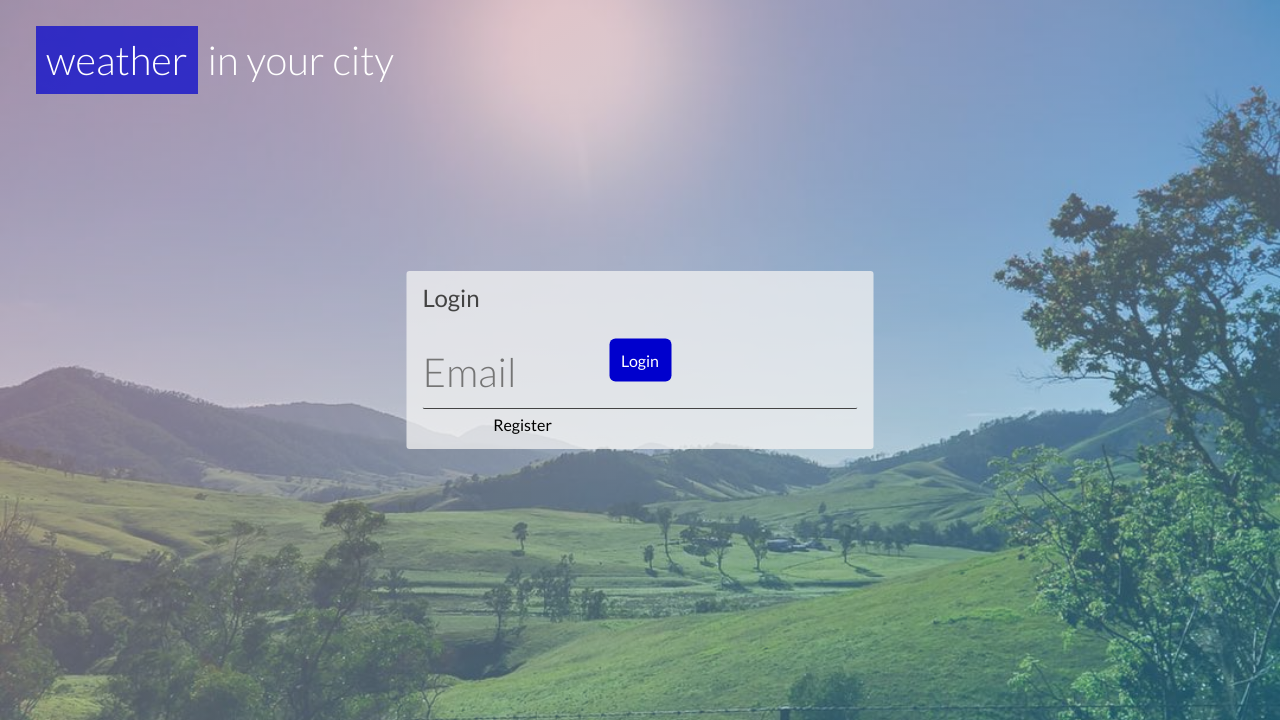
Repository: nosplashurinal/weather-app
Page: /, after clicking the first element matching `button.next`
These files come from the project's save history. The page is drawn as it stood at one moment and after the next save; the edit follows.
The browser window is 1280 px wide. The pictures show the whole page.
The project was rebuilt for these pictures with package versions that can differ from the ones it lists, and the page was loaded fresh each time. Also part of the build but not shown: src/components/RecentSearches.vue, src/components/Search.vue, src/components/WeatherDataBlock.vue.

Above is the page before, as saved 2018-12-31 17:58:17.

### public/index.html
<!DOCTYPE html>
<html lang="en">

<head>
	<meta charset="utf-8">
	<meta http-equiv="X-UA-Compatible" content="IE=edge">
	<meta name="viewport" content="width=device-width,initial-scale=1.0">
	<link rel="icon" href="<%= BASE_URL %>favicon.ico">
	<link href="https://fonts.googleapis.com/css?family=Lato:300,400" rel="stylesheet">
	<title>weather-app</title>
</head>

<body>
	<noscript>
		<strong>We're sorry but weather-app doesn't work properly without JavaScript enabled. Please enable it to continue.</strong>
	</noscript>
	<div id="app"></div>
	<!-- built files will be auto injected -->
</body>

</html>

### src/App.vue
<template>
  <div class="root-container">
    <div class="bg" v-bind:style="{backgroundImage: `url(${bg})`}"></div>
    <div class="overlay"></div>
    <div class="title">
      <span>weather</span>
      <span>in your city</span>
    </div>
    <Login v-bind:isLoginError="isLoginError" v-if="!loginSuccess && !showRegistration" v-on:on-login="attemptLogin" v-on:open-registration="showRegistration = true" />
    <Registration v-if="showRegistration" v-on:on-success="showRegistration = false" />
    <div v-if="loginSuccess" class="search-container" v-bind:class="{resultActive: showResults}">
      <Search
        v-bind:message="message"
        v-bind:showLoading="isLoadingResults"
        v-bind:isError="isError"
        v-on:on-key-press="onClickSearch"
        v-on:on-change="onInputChange"
      />
      <transition name="ease">
        <div class="results-container" v-if="showResults">
          <WeatherDataBlock v-bind:weatherData="weatherData"/>
        </div>
      </transition>
    </div>
  </div>
</template>

<script>
import Search from "./components/Search.vue";
import WeatherDataBlock from "./components/WeatherDataBlock.vue";
import Login from "./components/Login.vue";
import Registration from "./components/Registration.vue";
import axios from "axios";

export default {
  name: "app",
  components: {
    Search,
    WeatherDataBlock,
    Login,
    Registration
  },
  data() {
    return {
      currentQueryValue: null,
      results: [],
      showResults: false,
      address: null,
      isError: false,
      message: null,
      searchQuery: null,
      isLoadingResults: false,
      units: "metric",
      weatherData: undefined,
      bg: "/images/bg.jpg",
      weatherBg: null,
      screenWidth: window.innerWidth,
      screenHeight: window.innerHeight,
      showRegistration: false,
      loginSuccess: false,
      isLoginError: false
    };
  },
  created: function() {
    if (!JSON.parse(window.localStorage.getItem("user"))) {
      this.showRegistration = true;
    }
  },
  mounted: function() {
    if (JSON.parse(window.localStorage.getItem("searches"))) {
      this.validateRecentSearches();
    }
  },
  watch: {
    async searchQuery(newQuery) {
      let storedWeatherData;
      this.showResults = false;

      // Check if anything is saved in localStorage
      if (window.localStorage.getItem("searches")) {
        // Now, check if the current query matches anything in localStorage
        storedWeatherData = this.getFromLocalStorage(newQuery);
      } else {
        // Create an empty object in localStorage
        window.localStorage.setItem("searches", null);
      }
      if (storedWeatherData) {
        this.isLoadingResults = true;
        // Translate localStorage data into the format needed to display the data
        setTimeout(
          () =>
            (this.weatherData = this.parseStoredWeatherData(
              storedWeatherData.result
            )),
          0.0001
        );
      } else {
        this.isLoadingResults = true;
        try {
          let weatherData = await this.fetchWeatherDataForCity(
            this.searchQuery
          );
          const formattedData = this.parseApiResponse(newQuery, weatherData);
          this.pushDataToLocalStorage(formattedData);
          this.weatherData = formattedData.result;
        } catch {
          this.isLoadingResults = false;
          this.isError = true;
        }
      }
    },
    weatherData() {
      this.isLoadingResults = false;
      this.showResults = true;
      this.changeBackgroundImage();
    }
  },
  methods: {
    async validateRecentSearches() {
      let storedData = window.localStorage.getItem("searches");
      let storedDataObject = JSON.parse(storedData);
      let promiseArray = [];
      let newDataObject = [];
      storedDataObject.forEach(({ result }) => {
        promiseArray.push(this.fetchWeatherDataForCity(result.name));
      });
      let responseArray = await Promise.all(promiseArray);
      responseArray.forEach((data, index) => {
        const formattedData = this.parseApiResponse(
          storedDataObject[index].query,
          data
        );
        newDataObject.push(formattedData);
      });
      window.localStorage.setItem("searches", JSON.stringify(newDataObject));
    },
    timeDifferenceBetwenNowAndDate(d) {
      const date = new Date(d * 1000);
      const now = new Date();
      return (now.getTime() - date.getTime()) / (1000 * 60);
    },
    attemptLogin(e) {
      const user = window.localStorage.getItem("user");
      if (user === e) {
        this.loginSuccess = true;
      } else {
        this.isLoginError = true;
      }
    },
    onInputChange() {
      if (this.isError) this.isError = false;
    },
    pushDataToLocalStorage(newDataItem) {
      let storedData = window.localStorage.getItem("searches");
      let storedDataObject = JSON.parse(storedData);
      let newDataObject = [];
      if (storedDataObject) {
        newDataObject = [...storedDataObject, newDataItem];
      } else {
        newDataObject.push(newDataItem);
      }
      window.localStorage.setItem("searches", JSON.stringify(newDataObject));
    },
    parseApiResponse(query, data) {
      return {
        query,
        result: {
          id: data.sys.id,
          temp: data.main.temp,
          name: data.name,
          country: data.sys.country,
          icon: data.weather[0].icon,
          description: data.weather[0].description,
          date: data.dt,
          humidity: data.wind.speed,
          wind: data.main.humidity
        }
      };
    },
    parseStoredWeatherData(data) {
      return {
        name: data.name,
        country: data.country,
        humidity: data.humidity,
        temp: data.temp,
        wind: data.wind,
        icon: data.icon,
        description: data.description,
        date: data.date
      };
    },
    getFromLocalStorage(i) {
      const localStorage = window.localStorage;
      const searchObject = JSON.parse(localStorage.getItem("searches"));
      if (searchObject) {
        return searchObject.find(item => item.query === i);
      } else {
        return null;
      }
    },
    onClickSearch(e) {
      this.searchQuery = e;
    },
    fetchWeatherDataForCity(city) {
      return new Promise((resolve, reject) => {
        axios
          .get(
            `http://api.openweathermap.org/data/2.5/weather?q=${city}&APPID=7c519880689160b16f5d233f16f2868d${
              this.units === "metric" ? "&units=metric" : ""
            }`
          )
          .then(response => {
            if (response.status === 404) {
              reject(response.err);
            } else {
              resolve(response.data);
            }
          })
          .catch(() => {
            this.isError = true;
            this.isLoadingResults = false;
            return;
          });
      });
    },
    changeBackgroundImage() {
      var newImg = new Image();
      newImg.onload = () => (this.bg = newImg.src);
      newImg.src = `https://loremflickr.com/1920/1080/${
        this.weatherData.description
      }`;
    }
  }
};
</script>

<style lang="scss" src="@/styles/app.scss">
</style>

### src/styles/app.scss
@import "./global.scss";
@import "./constants.scss";

.root-container {
  width: 100%;
  height: auto;
  overflow-y: scroll;
  overflow-x: hidden;
  font-size: 16px;
}
.bg {
  position: absolute;
  background-repeat: no-repeat;
  background-size: cover;
  background-position: center;
  -webkit-transition: background-image 500ms ease-in-out;
  transition: background-image 500ms ease-in-out;
  width: 100%;
  height: 100%;
}
.overlay {
  position: absolute;
  width: 100%;
  height: 100%;
  background-image: linear-gradient(
    to bottom right,
    rgba(230, 154, 154, 0.65),
    rgba(44, 181, 232, 0.4)
  );
}
.title {
  position: absolute;
  top: 36px;
  left: 36px;
  width: auto;
  height: auto;
  text-align: center;
  font-size: 2.5em;
  color: #fff;
  font-family: $font-primary;
  font-weight: 100;
  > span {
    padding: 0.25em;
    &:nth-child(1) {
      background-color: rgba($blue, 0.7);
    }
  }
}
.search-container {
  position: absolute;
  top: 50%;
  transform: translate(-50%, -50%);
  left: 50%;
  .results-container {
    margin-top: 4em;
    z-index: 9;
  }
}
.ease-enter-active,
.ease-leave-active {
  transition: all 900ms cubic-bezier(0, 0.57, 0.01, 0.97);
}
.ease-enter, .ease-leave-to /* .fade-leave-active below version 2.1.8 */ {
  opacity: 0;
  transform: scale(0.9) translate(0, 50px);
}
.slide-enter-active, .slide-leave-active {
  transition: opacity 350ms ease-in-out;
}
.slide-enter /* .fade-leave-active below version 2.1.8 */ {
  opacity: 0;
}

### src/styles/global.scss
html, body {
	position: relative;
	width: 100%;
	height: 100%;
}

body {
	color: #333;
	margin: 0;
	padding: 0;
	box-sizing: border-box;
	font-family: -apple-system, BlinkMacSystemFont, "Segoe UI", Roboto, Oxygen-Sans, Ubuntu, Cantarell, "Helvetica Neue", sans-serif;
}

a {
	color: rgb(0,100,200);
	text-decoration: none;
}

a:hover {
	text-decoration: underline;
}

a:visited {
	color: rgb(0,80,160);
}

label {
	display: block;
}

input, button, select, textarea {
	font-family: inherit;
	font-size: inherit;
	padding: 0.4em;
	margin: 0 0 0.5em 0;
	box-sizing: border-box;
	border: 1px solid #ccc;
	border-radius: 2px;
}

input:disabled {
	color: #ccc;
}

button {
	background-color: #f4f4f4;
	outline: none;
}

button:active {
	background-color: #ddd;
}

button:focus {
	border-color: #666;
}

p {
	margin: 0;
	padding: 0;
}

ul {
	list-style: none;
}
input:focus {
	outline: 0;
}
button {
	border: 0;
}

### src/styles/constants.scss
$blue: rgb(0, 0, 205);
$font-primary: "Lato", sans-serif;

### src/components/Login.vue
<template>
  <div class="login">
    <p>Login</p>
    <div class="login-container">
      <input
        ref="loginInput"
        autocomplete="off"
        type="email"
        name="email"
        class="email"
        id="email"
        placeholder="Email"
        v-on:keypress="onKeyPress"
      >
      <p
        v-if="isLoginError"
        class="error-message"
      >Oops, we could not find you. Try again or register.</p>
      <button type="button" v-on:click="onClickLogin" class="login">Login</button>
    </div>
    <button v-on:click="openRegistration" class="register-button">Register</button>
  </div>
</template>
<script>
export default {
  name: "Login",
  props: {
    isLoginError: Boolean
  },
  methods: {
    onKeyPress(e) {
      if (e.key === "Enter") this.$emit("on-login", e.target.value);
    },
    onClickLogin() {
      this.$emit("on-login", this.$refs.loginInput);
    },
    openRegistration() {
      this.$emit("on-registration");
    }
  }
};
</script>
<style lang="scss" src="@/styles/login.scss">
</style>

### src/components/Registration.vue
<template>
  <div class="registration">
    <p>Please take a few moments to register.</p>
    <div class="fields-container">
      <input
        placeholder="Enter your Email"
        autofocus
        autocomplete="off"
        type="email"
        name="email"
        class="email"
        id="email"
        v-model="email"
      >
      <input
        placeholder="Enter your Name"
        autofocus
        autocomplete="off"
        type="text"
        name="name"
        class="name"
        id="name"
        v-model="name"
      >
      <input
        placeholder="Mobile"
        autofocus
        autocomplete="off"
        type="phone"
        name="mobile"
        class="mobile"
        id="mobile"
        v-model="mobile"
      >
      <input
        placeholder="Where are you located?"
        autofocus
        autocomplete="off"
        type="text"
        name="location"
        class="location"
        id="location"
        v-model="location"
      >
    </div>
    <button type="button" class="next" v-on:click="onRegister">Next</button>
  </div>
</template>
<script>
export default {
  name: "Registration",
  data() {
    return {
      email: null,
      name: null,
      mobile: null,
      location: null
    };
  },
  methods: {
    onRegister() {
      const { email, name, mobile, location } = this;
      const userObject = {
        email,
        name,
        mobile,
        location
      };
      window.localStorage.setItem("user", JSON.stringify(userObject));
      this.$emit("on-success");
    }
  }
};
</script>
<style lang="scss" src="@/styles/registration.scss">
</style>

### src/styles/login.scss
@import "./constants.scss";

.login {
  position: absolute;
  top: 50%;
  transform: translate(-50%, -50%);
  left: 50%;
  background: rgba(#f2f2f2, 0.75);
  border-radius: 3px;
  font-family: "Lato", sans-serif;
  padding: 0 1em;
  p {
    color: #434343;
    position: relative;
    font-size: 1.5em;
    padding: 0.5em 0;
    margin-bottom: 0.5em;
    flex: none;
    width: 100%;
  }
  .login-container {
    display: flex;
    input {
      color: #434343;
      background: transparent;
      border: 0;
      display: block;
      border-bottom: 1px solid #434343;
      font-size: 2.5em;
      font-weight: 300;
      margin: 0;
      flex: 0 1 100%;
      height: auto;
      padding: 0;
      padding: 0.3em 0;
      position: relative;
      &:focus {
        background: transparent;
        border: 0;
        border-bottom: 1px solid #434343;
        outline: none;
        box-shadow: none;
      }
      ::-webkit-input-placeholder {
        /* Chrome/Opera/Safari */
        color: #434343;
      }
      ::-moz-placeholder {
        /* Firefox 19+ */
        color: #434343;
      }
    }
    .login {
      margin-left: none;
      background: $blue;
      color: #fff;
      text-align: center;
      border-radius: 6px;
      cursor: pointer;
      flex: none;
      width: auto;
      height: auto;
      padding: 0.75em;
      display: inline-block;
      margin: 0;
    }
  }
  .register-button {
    width: 200px;
    height: auto;
    background: none;
    cursor: pointer;
    &:hover {
      text-decoration: underline;
    }
  }
  .fade-enter-active,
  .fade-leave-active {
    transition: opacity 350ms ease-in-out;
  }
  .fade-enter, .fade-leave-to /* .fade-leave-active below version 2.1.8 */ {
    opacity: 0;
  }
}

### src/styles/registration.scss
@import "./constants.scss";

.registration {
  position: absolute;
  top: 50%;
  transform: translate(-50%, -50%);
  left: 50%;
  background: rgba(#f2f2f2, 0.75);
  border-radius: 3px;
  font-family: "Lato", sans-serif;
  padding: 0 1em;
  p {
    color: #434343;
    position: relative;
    font-size: 1.5em;
    padding: 0.5em 0;
    margin-bottom: 0.5em;
  }
  .fields-container {
    position: relative;
    padding: 0 1.25em;
    ::-webkit-input-placeholder { /* Chrome/Opera/Safari */
      color: #434343;
    }
    ::-moz-placeholder { /* Firefox 19+ */
      color: #434343;
    }
    input {
      color: #434343;
      background: transparent;
      border: 0;
      display: block;
      border-bottom: 1px solid #434343;
      font-size: 1.5em;
      font-weight: 300;
      margin: 0;
      width: 100%;
      height: auto;
      padding: 0;
      padding: 0.3em 0;
      margin-bottom: 1em;
      &::focus {
        background: transparent;
        border: 0;
        border-bottom: 1px solid #434343;
        outline: none;
        box-shadow: none;
      }
    }
  }
  .next {
    background: $blue;
    color: #fff;
    padding: 0.75em;
    margin-right: 1em;
    border-radius: 6px;
    cursor: pointer;
    float: right;
  }
}

Loaded but not shown: src/main.js (common file)

After the next save:
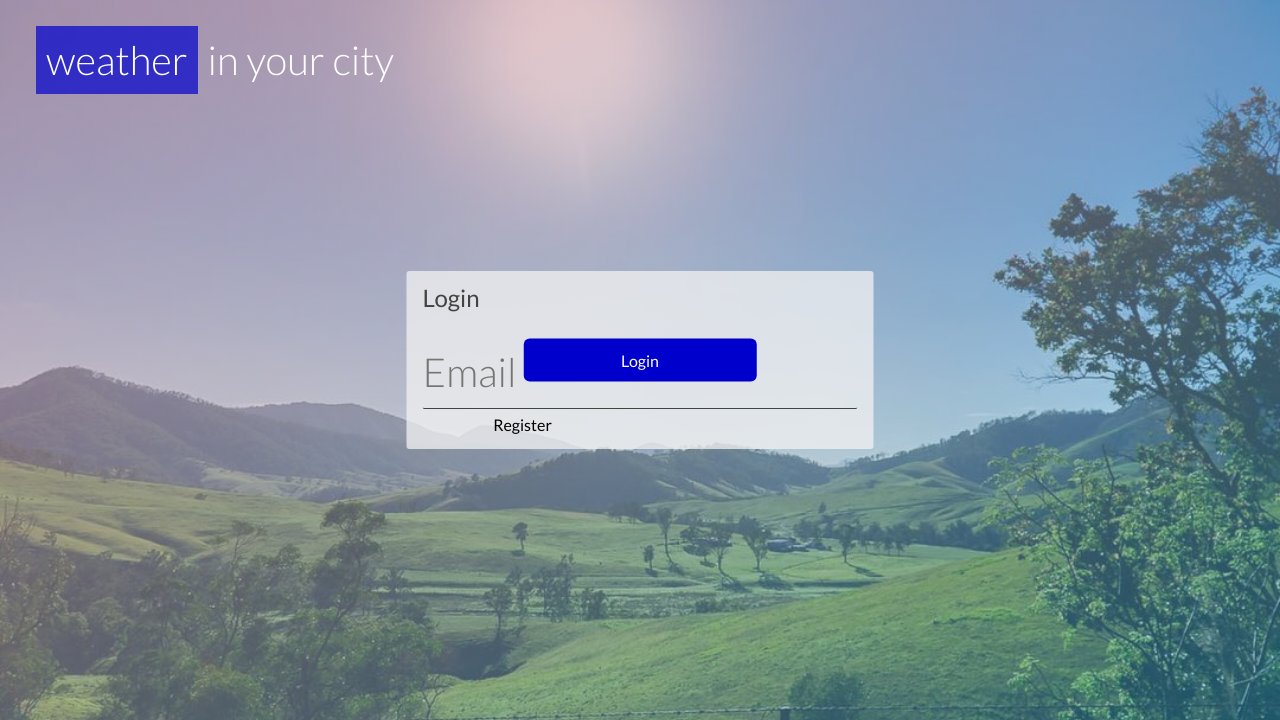
Saved 15 s later.
--- a/src/styles/login.scss
+++ b/src/styles/login.scss
@@ -51,7 +51,6 @@
       }
     }
     .login {
-      margin-left: none;
       background: $blue;
       color: #fff;
       text-align: center;
@@ -63,6 +62,7 @@
       padding: 0.75em;
       display: inline-block;
       margin: 0;
+      right: 0;
     }
   }
   .register-button {

After the save that followed:
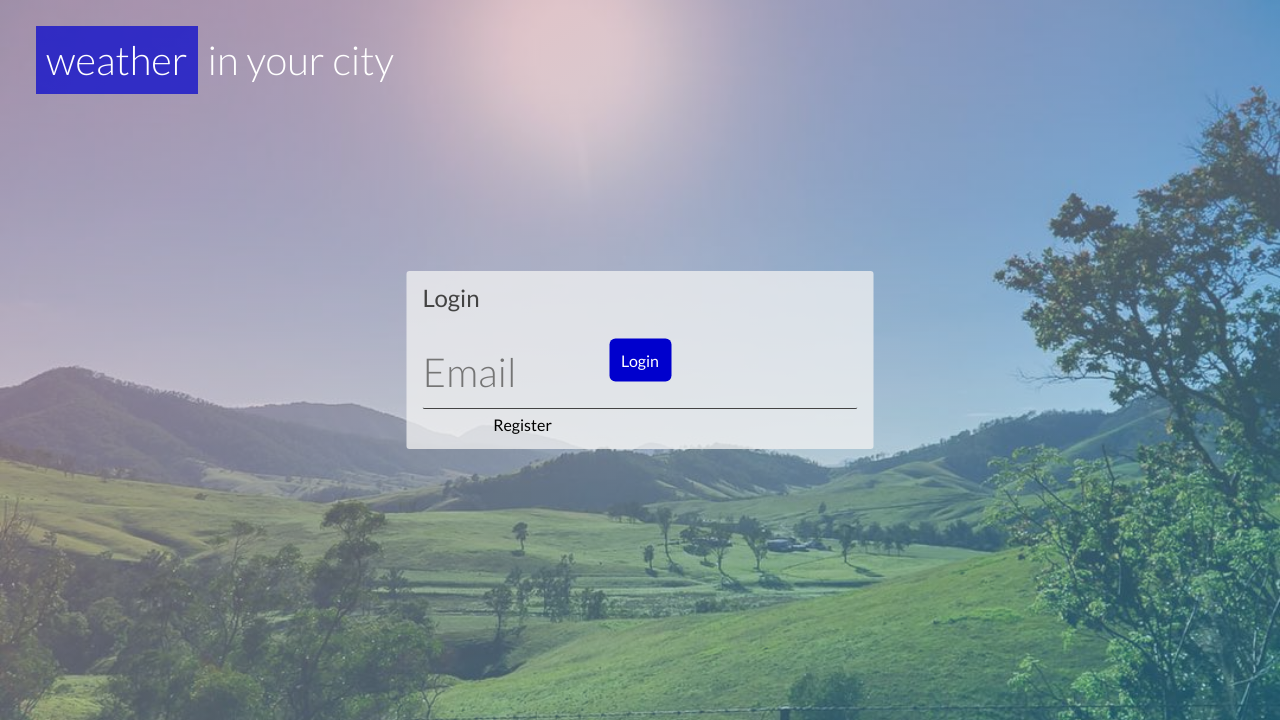
Saved 15 s later.
--- a/src/styles/login.scss
+++ b/src/styles/login.scss
@@ -62,7 +62,6 @@
       padding: 0.75em;
       display: inline-block;
       margin: 0;
-      right: 0;
     }
   }
   .register-button {
